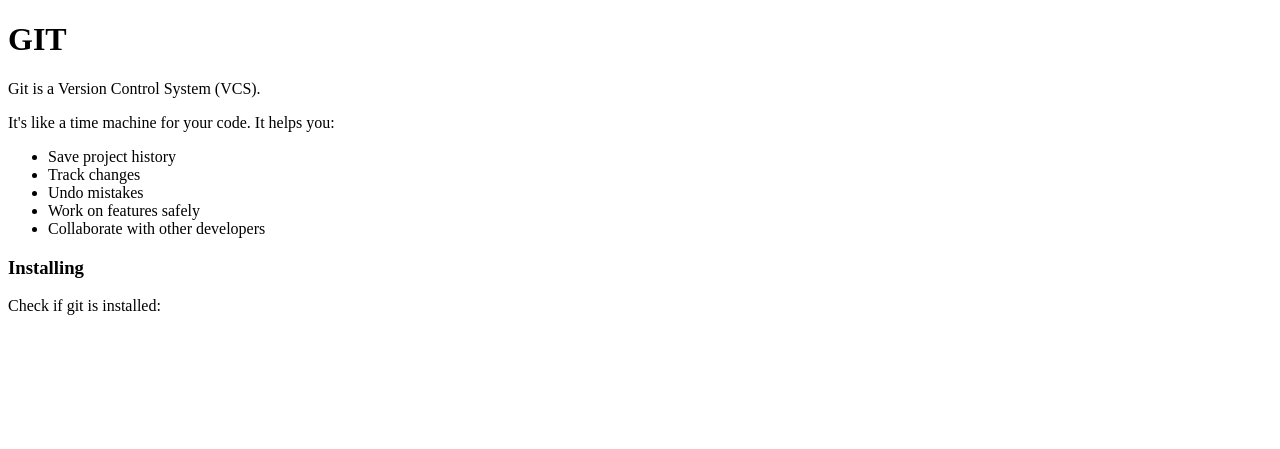
Repository: brownsonjoy1811/GitandGithub
Page: git.html
These files come from the project's save history. The page is drawn as it stood at one moment and after a run of saves; the edit follows.
The browser window is 1280 px wide. The pictures show the whole page.

Above is the page before, as saved 2026-06-16 11:39:25.

### git.html
<!DOCTYPE html>
<html lang="en">
<head>
    <meta charset="UTF-8">
    <meta name="viewport" content="width=device-width, initial-scale=1.0">
    <title>Document</title>
</head>
<body>
    <h1>GIT</h1>
    <p>Git is a Version Control System (VCS).</p>
    <p>It's like a time machine for your code.  It helps you:</p>
    <ul>
        <li>Save project history</li>
        <li>Track changes</li>
        <li>Undo mistakes</li>
        <li>Work on features safely</li>
        <li>Collaborate with other developers</li>
    </ul>

    <h3>Installing</h3>
    <p>Check if git is installed:</p>


</body>
</html>

After the next 4 saves:
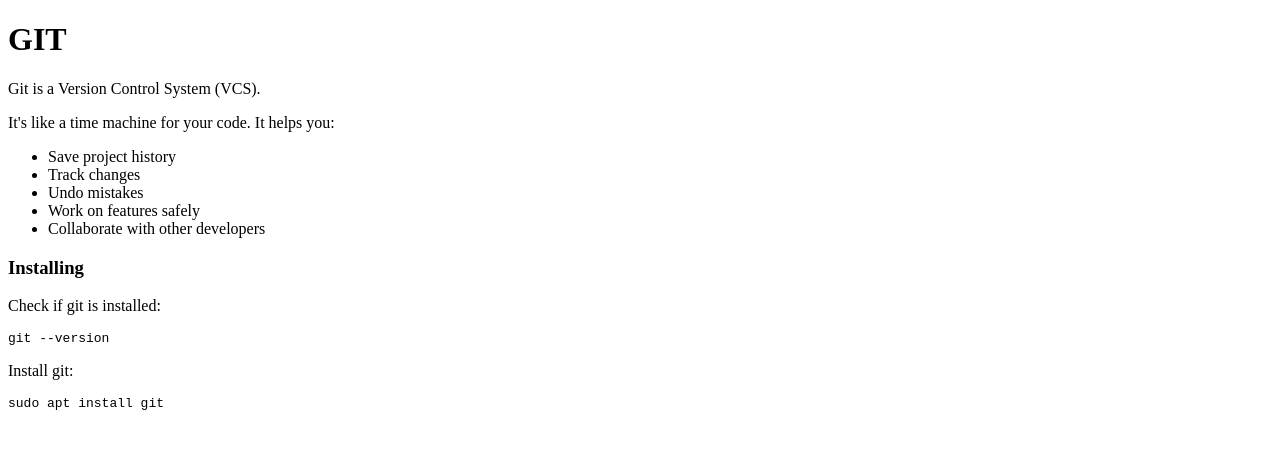
The 4 saves are shown as one change because they came seconds apart.
The last was saved 13 s later.
--- a/git.html
+++ b/git.html
@@ -19,7 +19,9 @@
 
     <h3>Installing</h3>
     <p>Check if git is installed:</p>
-
+    <pre><code>git --version</code></pre>
+    <p>Install git:</p>
+    <pre><code>sudo apt install git</code></pre>
 
 </body>
 </html>
